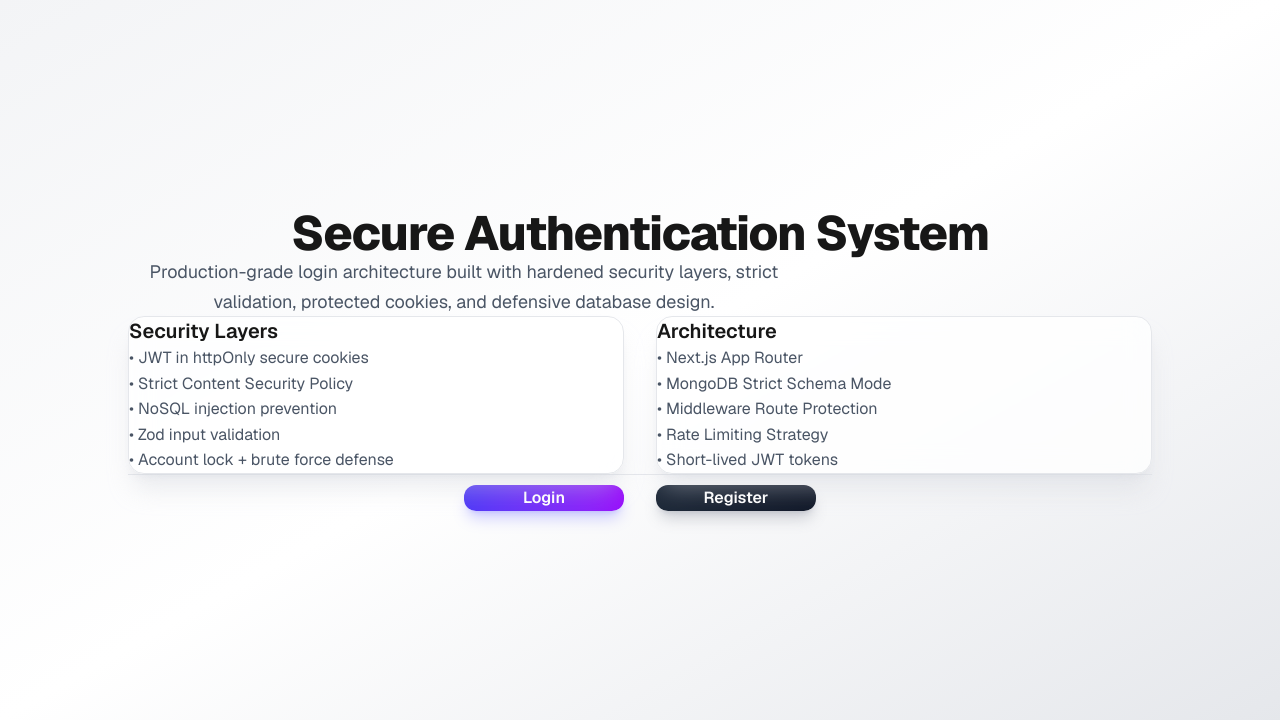
Repository: swastikjhacoder/secure-auth-app
Page: /
The author's editor kept a copy of each file at every save. The page is drawn from the files as they stood at one save, then again after a run of saves.
The browser window is 1280 px wide. The pictures show the whole page.
The project was rebuilt for these pictures with package versions that can differ from the ones it lists, and the page was loaded fresh each time. The framework's server and built-in components were replaced by stand-ins that run in the browser. Also part of the build but not shown: next.config.mjs.

Above is the page before, as saved 2026-03-02 13:04:50.

After the next 3 saves:
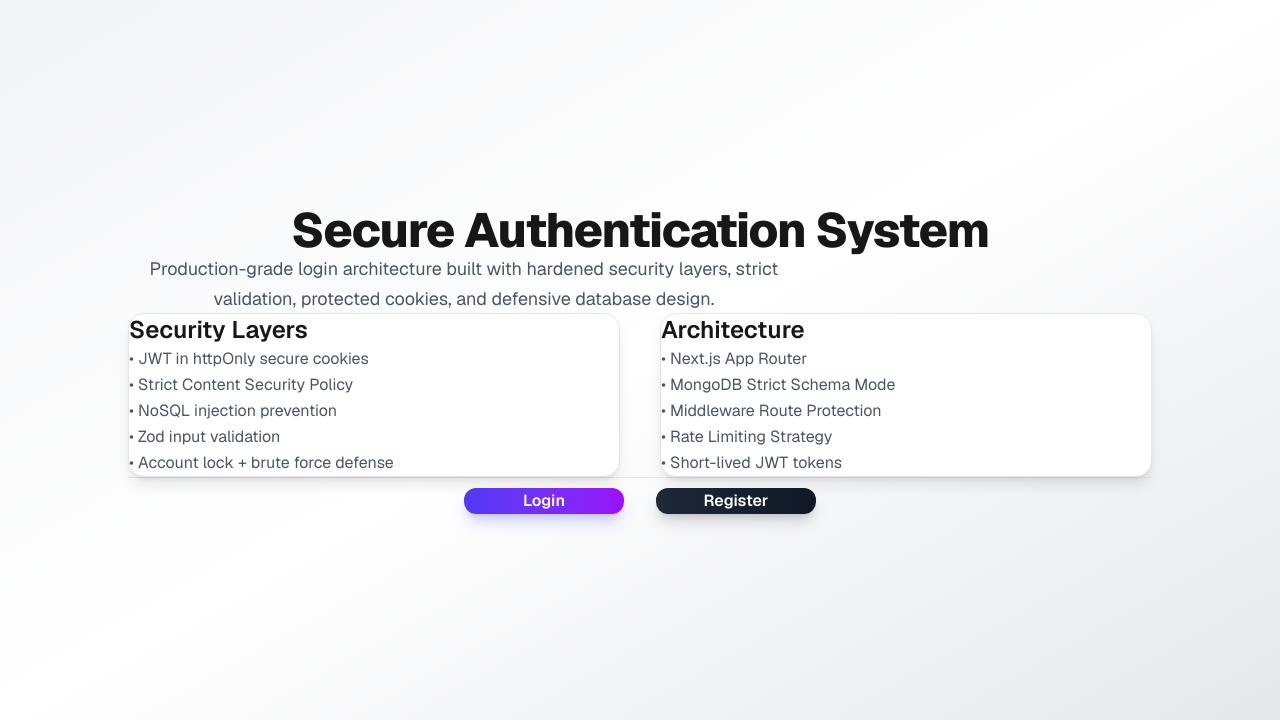
The 3 saves are shown as one change because they came seconds apart.
The last was saved 2 min 59 s later.
--- a/src/app/page.js
+++ b/src/app/page.js
@@ -16,28 +16,33 @@ export default function Home() {
           </p>
         </div>
 
-        <div className="grid gap-8 md:grid-cols-2 mt-16">
-          <div className="p-8 rounded-2xl bg-white/80 dark:bg-zinc-900/70 backdrop-blur-md border border-gray-200 dark:border-zinc-800 shadow-xl shadow-gray-300/40 dark:shadow-black/40 transition hover:scale-[1.02] duration-300">
-            <h3 className="text-xl font-semibold">Security Layers</h3>
-            <ul className="mt-4 space-y-3 text-gray-600 dark:text-gray-400">
-              <li>• JWT in httpOnly secure cookies</li>
-              <li>• Strict Content Security Policy</li>
-              <li>• NoSQL injection prevention</li>
-              <li>• Zod input validation</li>
-              <li>• Account lock + brute force defense</li>
-            </ul>
+        <div className="grid gap-10 md:grid-cols-2 mt-20">
+          <div className="h-full rounded-2xl border border-border bg-card shadow-lg transition-all duration-300 hover:-translate-y-1 hover:shadow-2xl">
+            <div className="p-10 space-y-6">
+              <h3 className="text-2xl font-semibold">Security Layers</h3>
+
+              <ul className="space-y-4 text-gray-600 dark:text-gray-400 leading-relaxed">
+                <li>• JWT in httpOnly secure cookies</li>
+                <li>• Strict Content Security Policy</li>
+                <li>• NoSQL injection prevention</li>
+                <li>• Zod input validation</li>
+                <li>• Account lock + brute force defense</li>
+              </ul>
+            </div>
           </div>
 
-          <div className="p-8 rounded-2xl bg-white/80 dark:bg-zinc-900/70 backdrop-blur-md border border-gray-200 dark:border-zinc-800 shadow-xl shadow-gray-300/40 dark:shadow-black/40 transition hover:scale-[1.02] duration-300">
-            <h3 className="text-xl font-semibold mb-4">Architecture</h3>
+          <div className="h-full rounded-2xl border border-border bg-card shadow-lg transition-all duration-300 hover:-translate-y-1 hover:shadow-2xl">
+            <div className="p-10 space-y-6">
+              <h3 className="text-2xl font-semibold">Architecture</h3>
 
-            <ul className="space-y-3 text-gray-600 dark:text-gray-400">
-              <li>• Next.js App Router</li>
-              <li>• MongoDB Strict Schema Mode</li>
-              <li>• Middleware Route Protection</li>
-              <li>• Rate Limiting Strategy</li>
-              <li>• Short-lived JWT tokens</li>
-            </ul>
+              <ul className="space-y-4 text-gray-600 dark:text-gray-400 leading-relaxed">
+                <li>• Next.js App Router</li>
+                <li>• MongoDB Strict Schema Mode</li>
+                <li>• Middleware Route Protection</li>
+                <li>• Rate Limiting Strategy</li>
+                <li>• Short-lived JWT tokens</li>
+              </ul>
+            </div>
           </div>
         </div>
 
